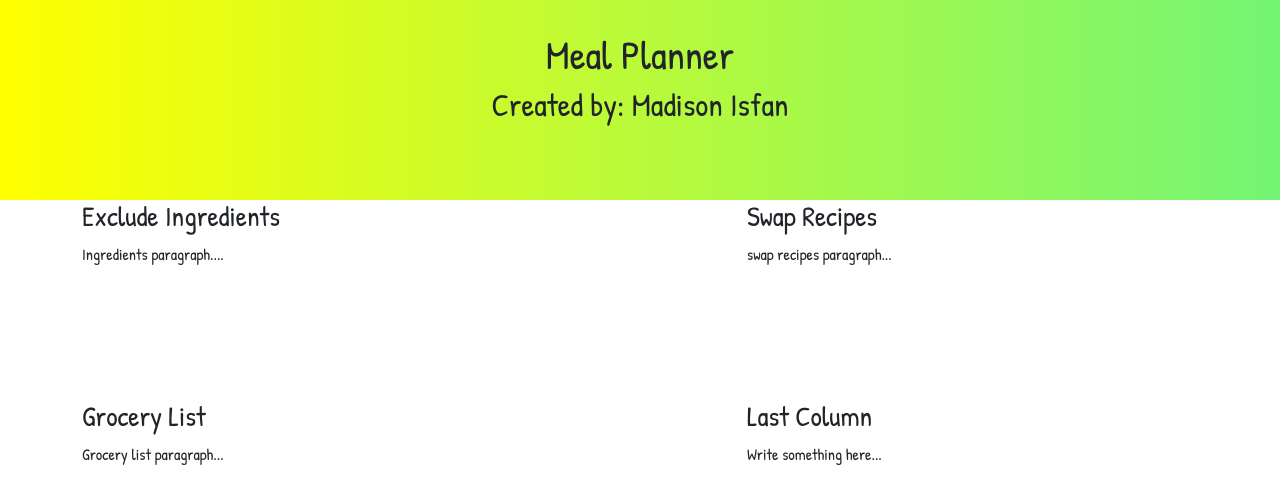
Repository: madisonisfan/Meal-Planner
Page: index.html
The author's editor kept a copy of each file at every save. The page is drawn from the files as they stood at one save, then again after the next save.
The browser window is 1280 px wide. The pictures show the whole page.
Some web libraries are served in a nearby version.

Above is the page before, as saved 2021-02-17 16:55:46.

### index.html
<!DOCTYPE html>
<head>

    <meta charset="utf-8"/>
    <meta name="viewport" content="width=device-width, initial-scale=1"/>

    <link rel="stylesheet" href="node_modules/bootstrap/dist/css/bootstrap.min.css" />

    <link rel="stylesheet" href="https://fonts.googleapis.com/css?family=Indie+Flower|Patrick+Hand" />
    <link rel="stylesheet" href="css/styles.css"/>
    <title> Meal Planner </title>
</head>

<body>

    <header class="jumbotron">
        <div class="container">
            <div class="row row-content  justify-content-center">
                <div class="col text-center saling-self">
                    <h1>Meal Planner</h1>
                    <h2>Created by: Madison Isfan</h2>
                </div>
            </div>
        </div>

    </header>

    <div class="container ">
        <div class="row row-content justify-content-between">
            <div class="col-5">
                <h3>Exclude Ingredients</h3>
                <p>Ingredients paragraph....</p>
            </div>
            <div class="col-5">
                <h3>Swap Recipes</h3>
                <p>swap recipes paragraph...</p>
            </div>
        </div>

        <div class="row row-content justify-content-between">
            <div class="col-5">
                <h3>Grocery List</h3>
                <p>Grocery list paragraph...</p>
            </div>
            <div class="col-5">
                <h3>Last Column</h3>
                <p>Write something here...</p>
            </div>
        </div>


    </div> <!--End of container-->


    <script src="node_modules/jquery/dist/jquery.slim.min.js"></script>
    <script src="node_modules/popper.js/dist/umd/popper.min.js"></script>
    <script src="node_modules/bootstrap/dist/js/bootstrap.min.js"></script>
</body>


</html>

### css/styles.css
header {
  height: 200px;
}
body {
  font-family: "Patrick Hand";
}

.row-content {
  min-height: 200px;
}

.jumbotron {
  padding: 30px;
  background-image: linear-gradient(to right, yellow, rgb(116, 245, 116));
}

After the next save:
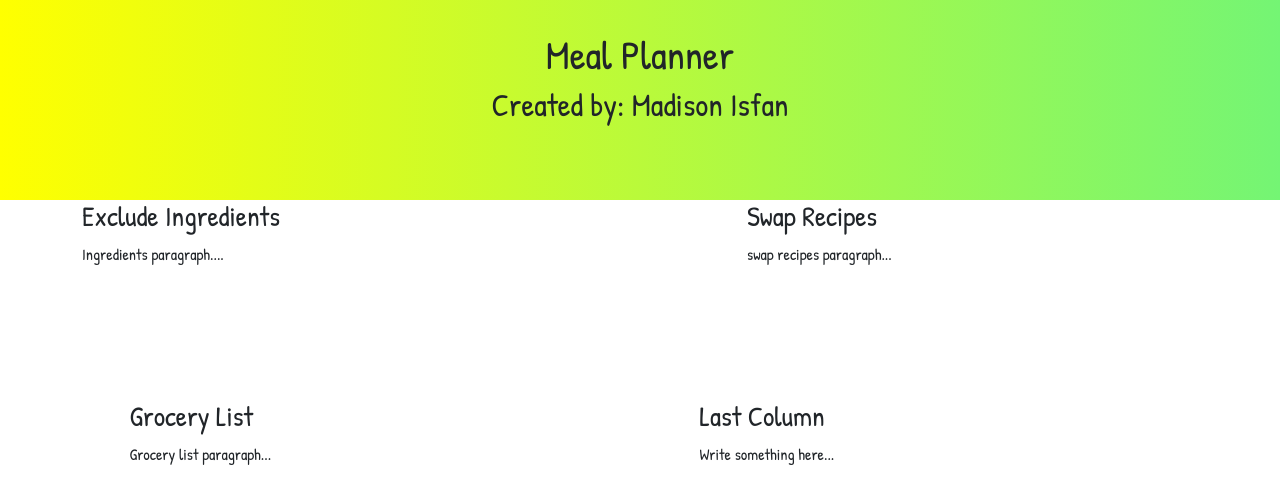
Saved 71 s later.
--- a/index.html
+++ b/index.html
@@ -37,7 +37,7 @@
             </div>
         </div>
 
-        <div class="row row-content justify-content-between">
+        <div class="row row-content justify-content-around">
             <div class="col-5">
                 <h3>Grocery List</h3>
                 <p>Grocery list paragraph...</p>

After the save that followed:
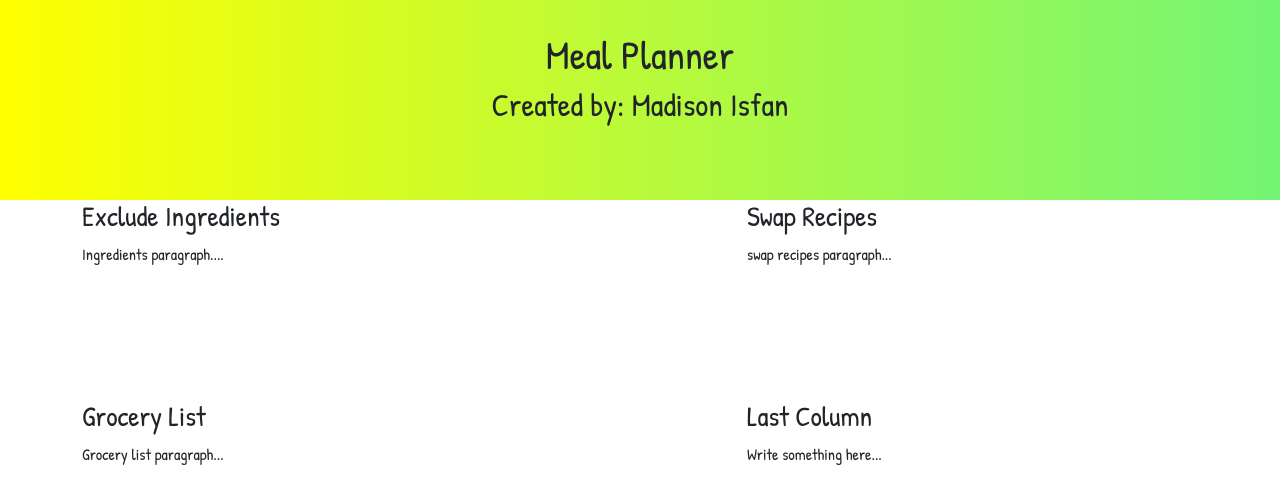
Saved 11 s later.
--- a/index.html
+++ b/index.html
@@ -37,7 +37,7 @@
             </div>
         </div>
 
-        <div class="row row-content justify-content-around">
+        <div class="row row-content justify-content-between">
             <div class="col-5">
                 <h3>Grocery List</h3>
                 <p>Grocery list paragraph...</p>
